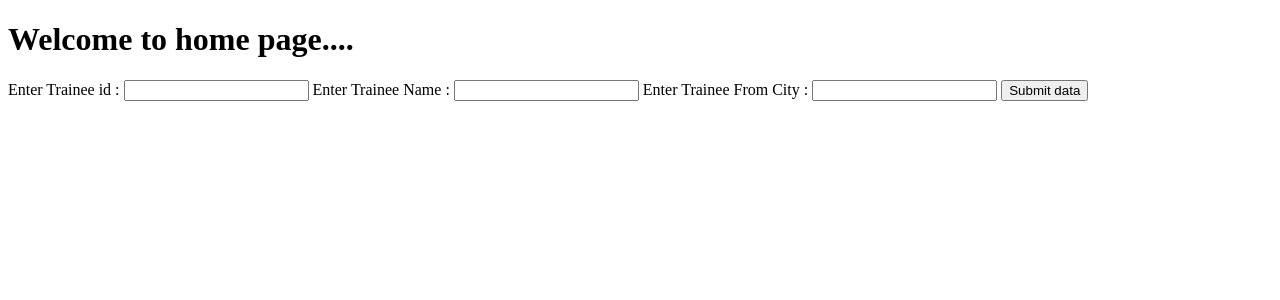
Repository: DivyeshVariya/einfochips_work
Page: http://localhost/Day27_Assignment_mongo/WEB-INF/views/home.jsp
The author's editor kept a copy of each file at every save. The page is drawn from the files as they stood at one save, then again after the next save.
The browser window is 1280 px wide. The pictures show the whole page.
The page is served by Tomcat 9. Nobody is signed in. Other server files are loaded and not shown. The template is opened directly, without the code that normally fills it, so the values that code supplies are empty.

Above is the page before, as saved 2023-03-14 10:20:27.

### Day27_Assignment_mongo/Day27_Assignment_mongo/src/main/webapp/WEB-INF/views/home.jsp
<%@ page language="java" contentType="text/html; charset=ISO-8859-1"
    pageEncoding="ISO-8859-1"%>
<!DOCTYPE html>
<html>
<head>
<meta charset="ISO-8859-1">
<title>Home Page</title>
</head>
<body>
<h1>Welcome to home page....</h1>
<form action="insert">
Enter Trainee id : <input type="number" name="id" required>
Enter Trainee Name : <input type="text" name="name" required>
Enter Trainee From City : <input type="text" name="from" required>
<button type="submit">Submit data</button>
</form>
</body>
</html>

After the next save:
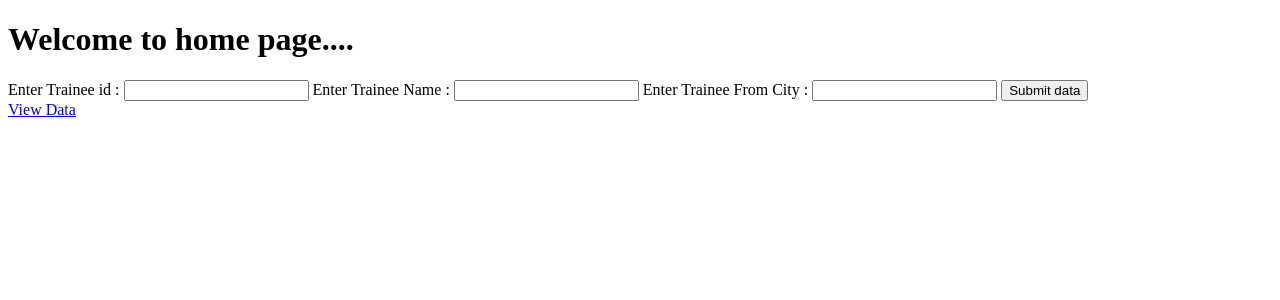
Saved 92 s later.
--- a/Day27_Assignment_mongo/Day27_Assignment_mongo/src/main/webapp/WEB-INF/views/home.jsp
+++ b/Day27_Assignment_mongo/Day27_Assignment_mongo/src/main/webapp/WEB-INF/views/home.jsp
@@ -13,6 +13,8 @@ Enter Trainee id : <input type="number" name="id" required>
 Enter Trainee Name : <input type="text" name="name" required>
 Enter Trainee From City : <input type="text" name="from" required>
 <button type="submit">Submit data</button>
+<br>
+<a href="viewdata">View Data</h3>
 </form>
 </body>
 </html>
